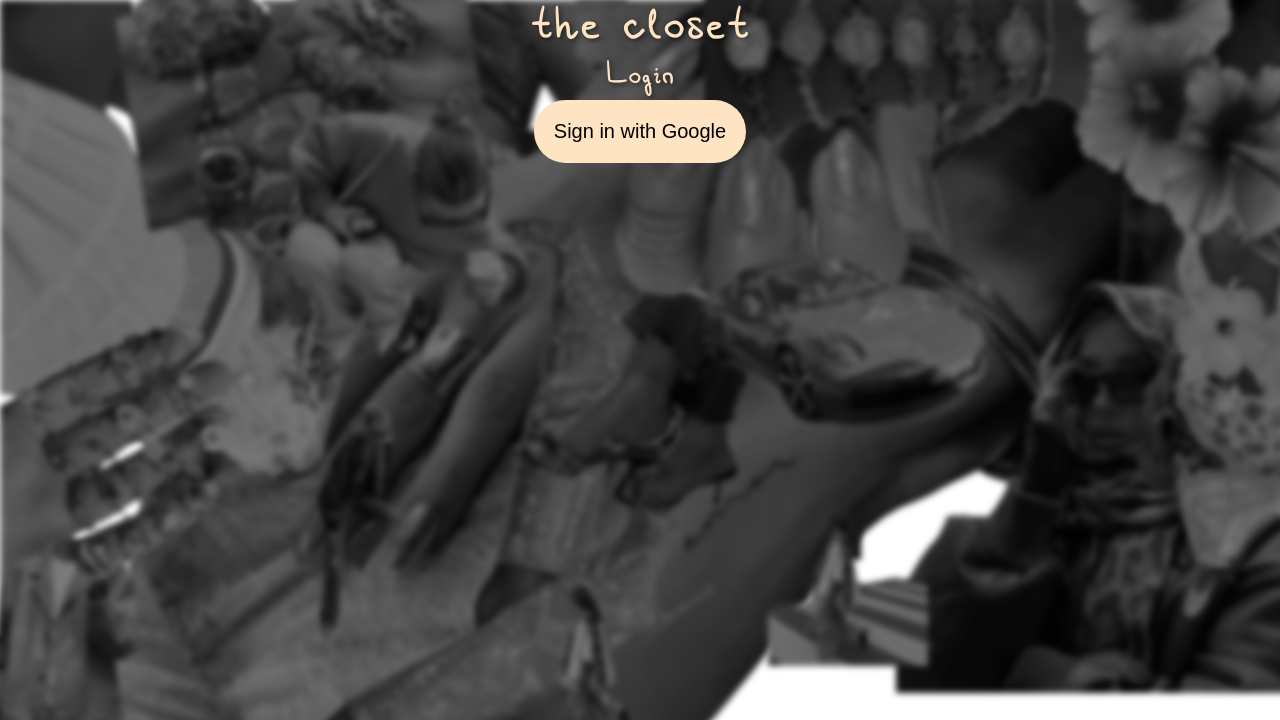
Repository: karla-sikavica/theCloset
Page: / (app in frontend/)
The author's editor kept a copy of each file at every save. The page is drawn from the files as they stood at one save, then again after the next save.
The browser window is 1280 px wide. The pictures show the whole page.
The project was rebuilt for these pictures with package versions that can differ from the ones it lists, and the page was loaded fresh each time. Also part of the build but not shown: frontend/vite.config.ts.

Above is the page before, as saved 2025-03-29 16:20:09.

### frontend/src/index.css
@font-face {
  font-family: 'Kalla';
  src: url('/fonts/Kalla-Regular.ttf') format('truetype');
  font-weight: 400;
  font-style: normal;
}

:root {
  font-family: 'Kalla', system-ui, Avenir, Helvetica, Arial, sans-serif;
  line-height: 50px;
  font-weight: 400;
  display: block;


  font-synthesis: none;
  text-rendering: optimizeLegibility;
  -webkit-font-smoothing: antialiased;
  -moz-osx-font-smoothing: grayscale;
}

### frontend/src/App.tsx
import { BrowserRouter as Router, Routes, Route } from "react-router-dom";
import "./App.css";
import Login from "./pages/Login";
import Collage from "./components/ui/Collage";

function App() {
  return (
    <Router>
      <Collage />

      <div className="main-content">
        <Routes>
          <Route path="/" element={<Login></Login>} />
          <Route path="/login" element={<Login />} />
        </Routes>
      </div>
    </Router>
  );
}

export default App;

### frontend/src/App.css
#root {
  max-width: 1280px;
  margin: 0 auto;
  padding: 2rem;
  text-align: center;
}

body {
  color: bisque;
  text-shadow: 2px 2px 4px rgba(0, 0, 0, 0.5);
}

body, html, #root {
  margin: 0;
  padding: 0;
  height: 100%;
  width: 100%;
  overflow: hidden;
}

/* Optional: to make sure your app content appears above the collage */
.main-content {
  z-index: 10;

   position: relative;
  /*pointer-events: auto;
  height: 100%; */
}

/*
body::before {
  content: "";
  position: fixed;
  top: 0;
  left: 0;
  width: 100vh;
  height: 100vw;
  background-image: url("/images/download.jpeg");
  background-repeat: no-repeat;
  background-size: cover;
  background-position: center;
  transform: rotate(270deg) translate(-100vh, 0);
  transform-origin: top left;
  z-index: -1;
}

body::after {
  content: "";
  position: fixed;
  top: 0;
  left: 0;
  width: 100vw;
  height: 100vh;
  /* background: rgba(50, 30, 10, 0.6); */
/*   z-index: -1;
 *//* */

### frontend/src/pages/Login.tsx
import GoogleLogin from "../components/ui/GoogleLogin";

function Login() {
  return (
    <div style={{ margin: "auto" }}>
      <h1 style={{ fontSize: 100, margin: 0 }}>the closet</h1>
      <h2 style={{ fontSize: 60, margin: 0 }}>Login</h2>
      <div style={{ textAlign: "center" }}>
        <GoogleLogin></GoogleLogin>
      </div>
    </div>
  );
}

export default Login;

### frontend/src/components/ui/Collage.tsx
import React, { useEffect, useRef } from "react";
import "../css/Collage.css";

/* const imageCount = 32;
 */
type CollageImage = {
  src: string;
  top: string;
  left: string;
  width: string;
  rotate?: string;
  zIndex?: number;
};

const collageConfig: CollageImage[] = [
  {
    src: "/images/photo%20(1).png",
    top: "45%",
    left: "0%",
    width: "250px",
    rotate: "0deg",
    zIndex: 2,
  },
  {
    src: "/images/photo%20(2).png",
    top: "30%",
    left: "25%",
    width: "400px",
    rotate: "0deg",
    zIndex: 1,
  },
  {
    src: "/images/photo%20(3).png",
    top: "18%",
    left: "40%",
    width: "350px",
    rotate: "0deg",
    zIndex: 0,
  },
  {
    src: "/images/photo%20(4).png",
    top: "-5%",
    left: "55%",
    width: "400px",
    rotate: "0deg",
    zIndex: 2,
  },
  {
    src: "/images/photo%20(5).png",
    top: "30%",
    left: "40%",
    width: "260px",
    rotate: "0deg",
    zIndex: 1,
  },
  {
    src: "/images/photo%20(6).png",
    top: "10%",
    left: "18%",
    width: "300px",
    rotate: "0deg",
    zIndex: 4,
  },
  {
    src: "/images/photo%20(7).png",
    top: "38%",
    left: "70%",
    width: "400px",
    rotate: "0deg",
    zIndex: 1,
  },
  {
    src: "/images/photo%20(8).png",
    top: "0%",
    left: "0%",
    width: "350px",
    rotate: "0deg",
    zIndex: 1,
  },
  {
    src: "/images/photo%20(9).png",
    top: "35%",
    left: "55%",
    width: "280px",
    rotate: "-6deg",
    zIndex: 2,
  },
  {
    src: "/images/photo%20(10).png",
    top: "42%",
    left: "20%",
    width: "200px",
    rotate: "15deg",
    zIndex: 1,
  },
  {
    src: "/images/photo%20(11).png",
    top: "-20%",
    left: "70%",
    width: "400px",
    rotate: "0deg",
    zIndex: 0,
  },
  {
    src: "/images/photo%20(12).png",
    top: "-20%",
    left: "10%",
    width: "350px",
    rotate: "-9deg",
    zIndex: 1,
  },
  {
    src: "/images/photo%20(13).png",
    top: "0%",
    left: "6%",
    width: "550px",
    rotate: "0deg",
    zIndex: 0,
  },
  {
    src: "/images/photo%20(14).png",
    top: "70%",
    left: "60%",
    width: "160px",
    rotate: "0deg",
    zIndex: 2,
  },
  {
    src: "/images/photo%20(15).png",
    top: "75%",
    left: "40%",
    width: "170px",
    rotate: "-8deg",
    zIndex: 3,
  },
  {
    src: "/images/photo%20(16).png",
    top: "3%",
    left: "48%",
    width: "500px",
    rotate: "3deg",
    zIndex: 0,
  },
  {
    src: "/images/photo%20(17).png",
    top: "0%",
    left: "45%",
    width: "380px",
    rotate: "0deg",
    zIndex: 1,
  },
  {
    src: "/images/photo%20(18).png",
    top: "75%",
    left: "-3%",
    width: "200px",
    rotate: "10deg",
    zIndex: 3,
  },
  {
    src: "/images/photo%20(19).png",
    top: "22%",
    left: "86%",
    width: "290px",
    rotate: "0deg",
    zIndex: 2,
  },
  {
    src: "/images/photo%20(30).png",
    top: "-20%",
    left: "80%",
    width: "300px",
    rotate: "-27deg",
    zIndex: 3,
  },
  {
    src: "/images/photo%20(29).png",
    top: "30%",
    left: "90%",
    width: "170px",
    rotate: "180deg",
    zIndex: 2,
  } /*,
  {
    src: "/images/photo%20(22).png",
    top: "65%",
    left: "5%",
    width: "160px",
    rotate: "5deg",
    zIndex: 3,
  },
  {
    src: "/images/photo%20(23).png",
    top: "60%",
    left: "20%",
    width: "180px",
    rotate: "-7deg",
    zIndex: 2,
  },
  {
    src: "/images/photo%20(24).png",
    top: "15%",
    left: "50%",
    width: "190px",
    rotate: "6deg",
    zIndex: 1,
  },
  {
    src: "/images/photo%20(25).png",
    top: "10%",
    left: "30%",
    width: "160px",
    rotate: "-4deg",
    zIndex: 3,
  },
  {
    src: "/images/photo%20(26).png",
    top: "40%",
    left: "50%",
    width: "170px",
    rotate: "11deg",
    zIndex: 2,
  },
  {
    src: "/images/photo%20(27).png",
    top: "50%",
    left: "75%",
    width: "180px",
    rotate: "-9deg",
    zIndex: 1,
  },
  {
    src: "/images/photo%20(28).png",
    top: "35%",
    left: "10%",
    width: "200px",
    rotate: "4deg",
    zIndex: 2,
  },
  {
    src: "/images/photo%20(29).png",
    top: "25%",
    left: "65%",
    width: "190px",
    rotate: "-5deg",
    zIndex: 3,
  },
  {
    src: "/images/photo%20(30).png",
    top: "70%",
    left: "85%",
    width: "160px",
    rotate: "6deg",
    zIndex: 1,
  },
  {
    src: "/images/photo%20(31).png",
    top: "80%",
    left: "35%",
    width: "170px",
    rotate: "-3deg",
    zIndex: 2,
  },
  {
    src: "/images/photo%20(32).png",
    top: "90%",
    left: "50%",
    width: "180px",
    rotate: "8deg",
    zIndex: 3,
  }, */,
];

const Collage: React.FC = () => {
  return (
    <div className="collage-background">
      {collageConfig.map((img, index) => (
        <img
          key={index}
          src={img.src}
          alt={`collage-img-${index}`}
          className="collage-img"
          style={{
            top: img.top,
            left: img.left,
            width: img.width,
            transform: `rotate(${img.rotate || "0deg"})`,
            zIndex: img.zIndex || 0,
          }}
        />
      ))}
    </div>
  );
};

export default Collage;

/*
const Collage: React.FC = () => {
  const containerRef = useRef<HTMLDivElement>(null);

  useEffect(() => {
    const container = containerRef.current;
    if (!container) return;

    const imgs = container.querySelectorAll("img");
    imgs.forEach((img) => {
      const x = Math.random() * 100;
      const y = Math.random() * 100;
      const rotate = Math.random() * 20 - 10; // rotate between -10 and +10 degrees
      const z = Math.floor(Math.random() * 10); // random z-index

      img.style.top = `${y}vh`;
      img.style.left = `${x}vw`;
      img.style.transform = `rotate(${rotate}deg)`;
      img.style.zIndex = z.toString();
    });
  }, []);

  return (
    <div className="collage-background" ref={containerRef}>
      {[...Array(imageCount)].map((_, index) => (
        <img
          key={index}
          src={`/images/photo%20(${index + 1}).png`}
          alt={`collage-img-${index}`}
          className="collage-img"
        />
      ))}
    </div>
  );
};

export default Collage; */

### frontend/src/components/ui/GoogleLogin.tsx
// src/components/GoogleLogin.js
import { signInWithPopup } from "firebase/auth";
import { auth, googleProvider } from "../../firebase";
import GoogleButton from "./GoogleButton";

function GoogleLogin() {
  const handleGoogleLogin = async () => {
    try {
      const result = await signInWithPopup(auth, googleProvider);
      const user = result.user;

      const token = await user.getIdToken();
      console.log("✅ Google login successful! Token:", token);

      const res = await fetch("http://localhost:8080/categories", {
        headers: {
          Authorization: `Bearer ${token}`,
        },
      });

      const data = await res.json();
      console.log("Backend response:", data);
    } catch (error: any) {
      console.error("❌ Google login error:", error.message);
    }
  };

  return (
    <div>
      <GoogleButton onClick={handleGoogleLogin}>
        Sign in with Google
      </GoogleButton>{" "}
    </div>
  );
}

export default GoogleLogin;

### frontend/src/components/css/Collage.css

  .collage-background {
    position: fixed;
    top: 0;
    left: 0;
    width: 100vw;
    height: 100vh;
    overflow: hidden;
    z-index: 0;
    pointer-events: auto;
  }

  .collage-img {
    position: absolute;
    object-fit: contain;
    filter: grayscale(100%) blur(3px) brightness(0.5);
    pointer-events: auto;
    border: none;
  }

  .collage-img:hover {
    filter: grayscale(0%);

/*     border: 3px solid bisque;
 */  }

### frontend/src/firebase.ts
import { initializeApp } from "firebase/app";
import { getAuth, GoogleAuthProvider  } from "firebase/auth";

//import { getAnalytics } from "firebase/auth";

const firebaseConfig = {
  apiKey: "AIzaSyAbHQdx6UcrnGOItmjSgqMahJKQc3tssx8",
  authDomain: "thecloset-7ba5e.firebaseapp.com",
  projectId: "thecloset-7ba5e",
  storageBucket: "thecloset-7ba5e.firebasestorage.app",
  messagingSenderId: "77195632073",
  appId: "1:77195632073:web:69fd94b7e825471e71dc18",
  measurementId: "G-8GEFS4DWQG"
};

// Initialize Firebase
const app = initializeApp(firebaseConfig);
export const auth = getAuth(app);
export const googleProvider = new GoogleAuthProvider();


//const analytics = getAnalytics(app);

### frontend/src/components/ui/GoogleButton.tsx
import styles from "../css/GoogleButton.module.css";

interface Props {
  children: React.ReactNode;
  onClick: () => void;
}

const GoogleButton = ({ onClick, children }: Props) => {
  return (
    <button onClick={onClick} className={styles.googleButton}>
      {children}
    </button>
  );
};

export default GoogleButton;

### frontend/src/components/css/GoogleButton.module.css
.googleButton{
    border-radius: 50px;
    padding: 20px;
    background-color: bisque;
    font-size: 20px;
    border: none;
}

.googleButton:hover{
    background-color: rgb(192, 173, 148);
}

Loaded but not shown: frontend/index.html (common file); frontend/src/main.tsx (common file)

After the next save:
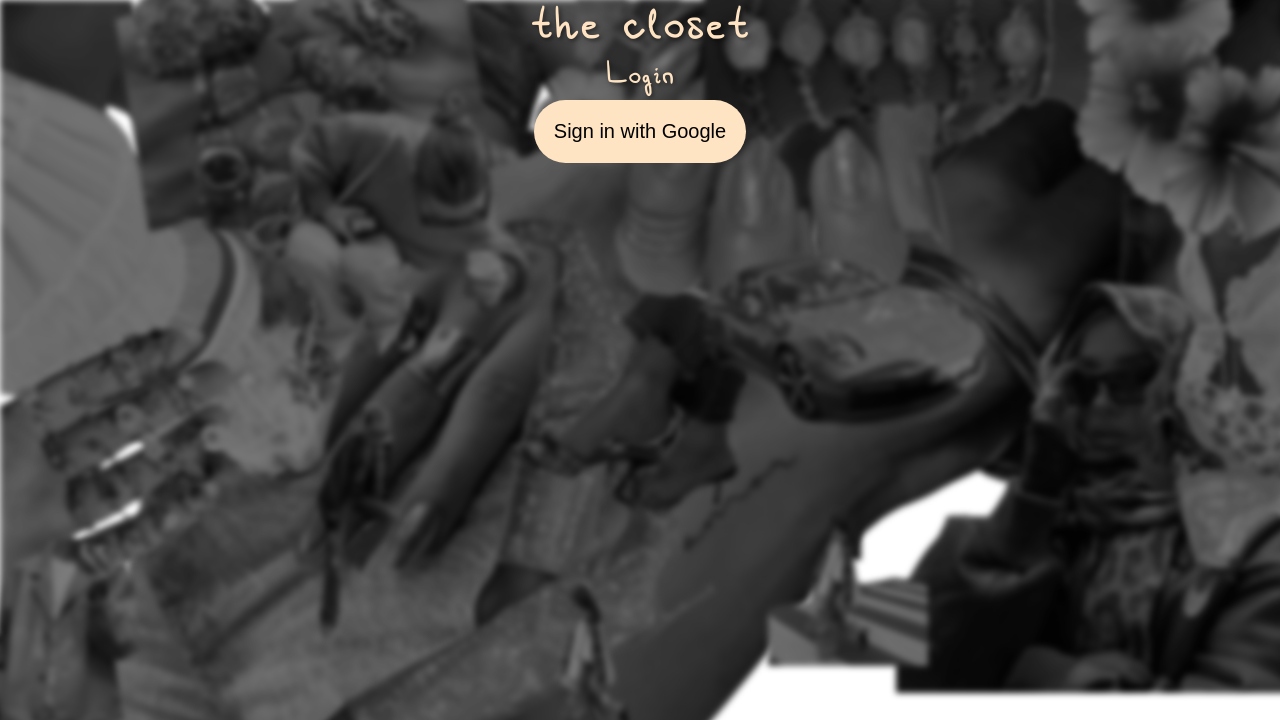
Saved 16 s later.
--- a/frontend/src/components/ui/Collage.tsx
+++ b/frontend/src/components/ui/Collage.tsx
@@ -175,8 +175,8 @@
   },
   {
     src: "/images/photo%20(29).png",
-    top: "30%",
-    left: "90%",
+    top: "0%",
+    left: "40%",
     width: "170px",
     rotate: "180deg",
     zIndex: 2,
